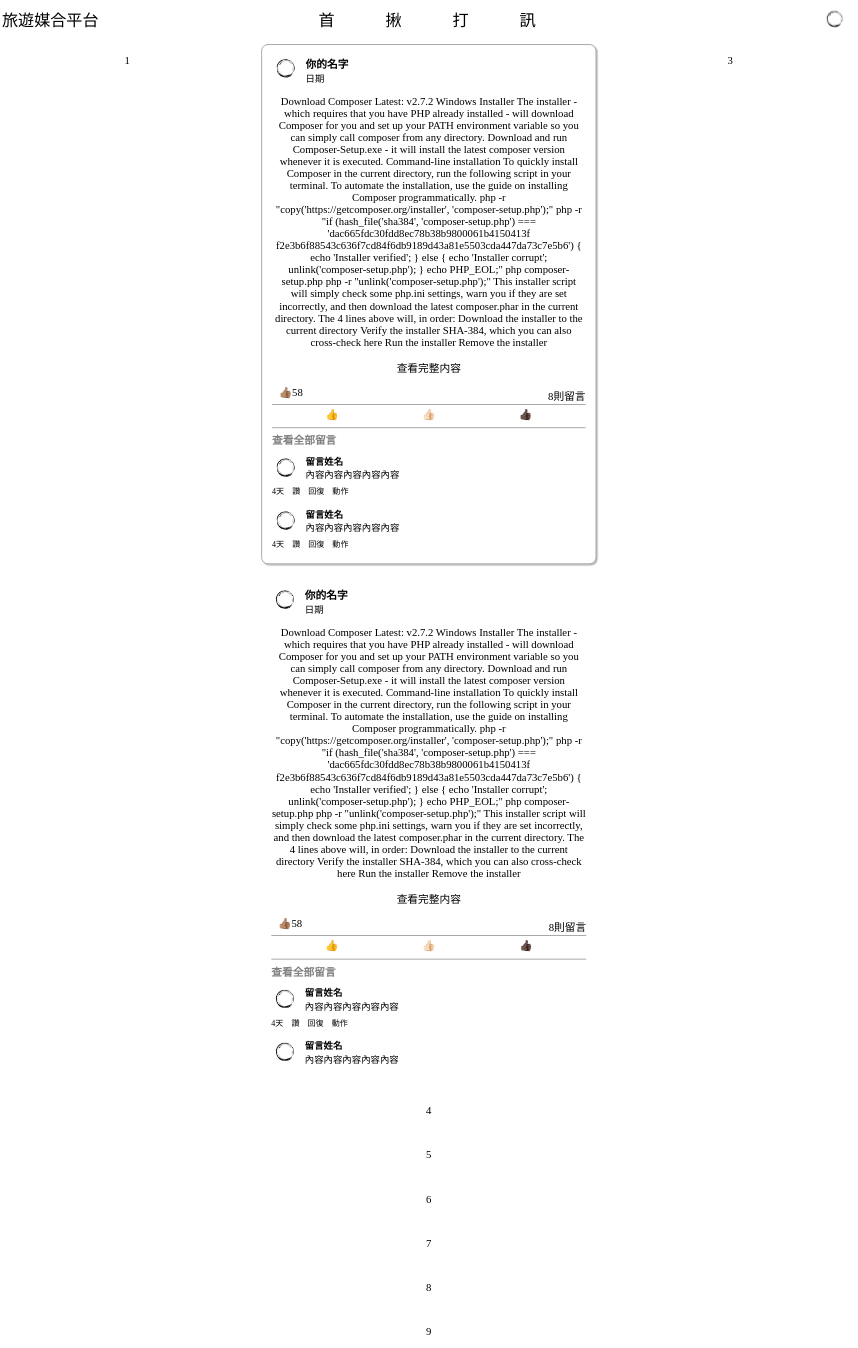
Repository: yuchiyang123/index_view
Page: http://localhost/
An editor plug-in stored every save of this project. The page is shown before and after the next save, followed by the edit.
The browser window is 1280 px wide. The pictures show the whole page, at 67% of full size.
The page is run by PHP 8.4 with error messages shown; the project is at /var/www/html/.

Above is the page before, as saved 2024-03-27 18:41:32.

After the next save:
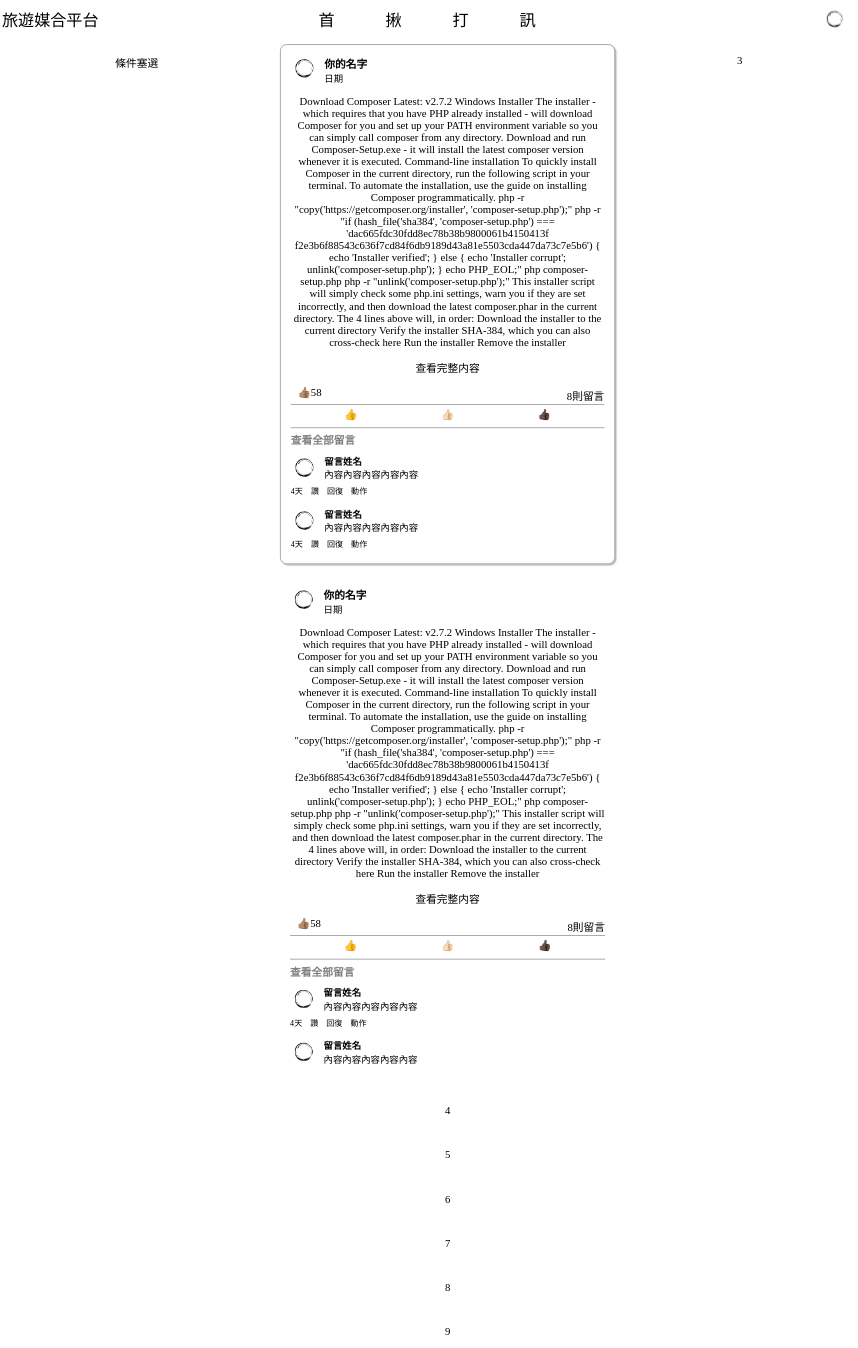
Saved 11 min 9 s later.
--- a/index.php
+++ b/index.php
@@ -196,7 +196,11 @@ a{
   <div id="box" class="box">
     <div class="grid-container">
 
-      <div class="grid-item"><div class="first">1</div></div>
+        <div class="grid-item">
+            <div class="first">
+                <label>條件塞選</label>
+            </div>
+        </div>
       <div class="grid-item"><div class="end">3</div></div>
         <div class="mid">
         <div class="cut">
